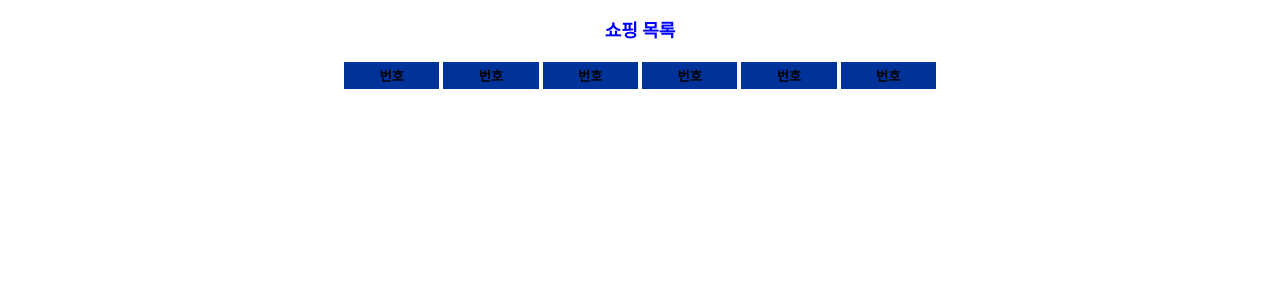
Repository: severrepair/JSPproject
Page: http://localhost/Shop/sale_list.jsp
These files come from the project's save history. The page is drawn as it stood at one moment and after a run of saves; the edit follows.
The browser window is 1280 px wide. The pictures show the whole page.
The page is served by Tomcat 9.

Above is the page before, as saved 2022-12-03 04:53:22.

After the next 2 saves:
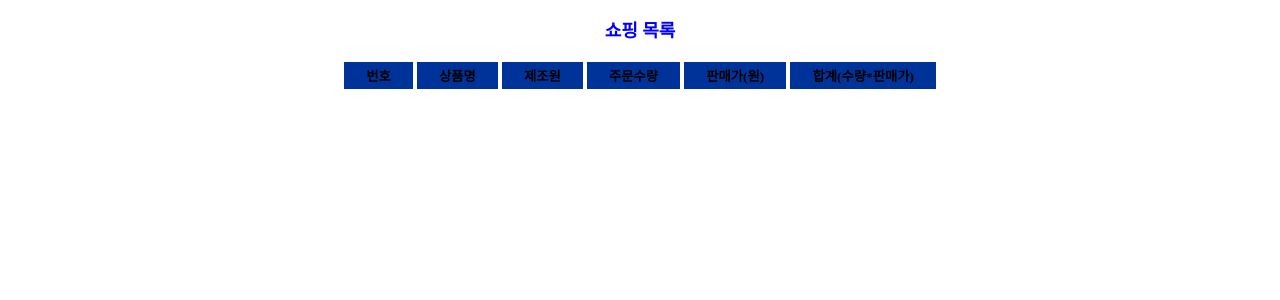
The 2 saves are shown as one change because they came seconds apart.
The last was saved 29 s later.
--- a/Shop/src/main/webapp/sale_list.jsp
+++ b/Shop/src/main/webapp/sale_list.jsp
@@ -26,19 +26,19 @@
 		<FONT color=black face=굴림><NOBR>번호</NOBR></FONT>
 	</TH>
 	<TH width=5% bgcolor=#003399>
-		<FONT color=black face=굴림><NOBR>번호</NOBR></FONT>
+		<FONT color=black face=굴림><NOBR>상품명</NOBR></FONT>
 	</TH>
 	<TH width=5% bgcolor=#003399>
-		<FONT color=black face=굴림><NOBR>번호</NOBR></FONT>
+		<FONT color=black face=굴림><NOBR>제조원</NOBR></FONT>
 	</TH>
 	<TH width=5% bgcolor=#003399>
-		<FONT color=black face=굴림><NOBR>번호</NOBR></FONT>
+		<FONT color=black face=굴림><NOBR>주문수량</NOBR></FONT>
 	</TH>
 	<TH width=5% bgcolor=#003399>
-		<FONT color=black face=굴림><NOBR>번호</NOBR></FONT>
+		<FONT color=black face=굴림><NOBR>판매가(원)</NOBR></FONT>
 	</TH>
 	<TH width=5% bgcolor=#003399>
-		<FONT color=black face=굴림><NOBR>번호</NOBR></FONT>
+		<FONT color=black face=굴림><NOBR>합계(수량*판매가)</NOBR></FONT>
 	</TH>
 
 
